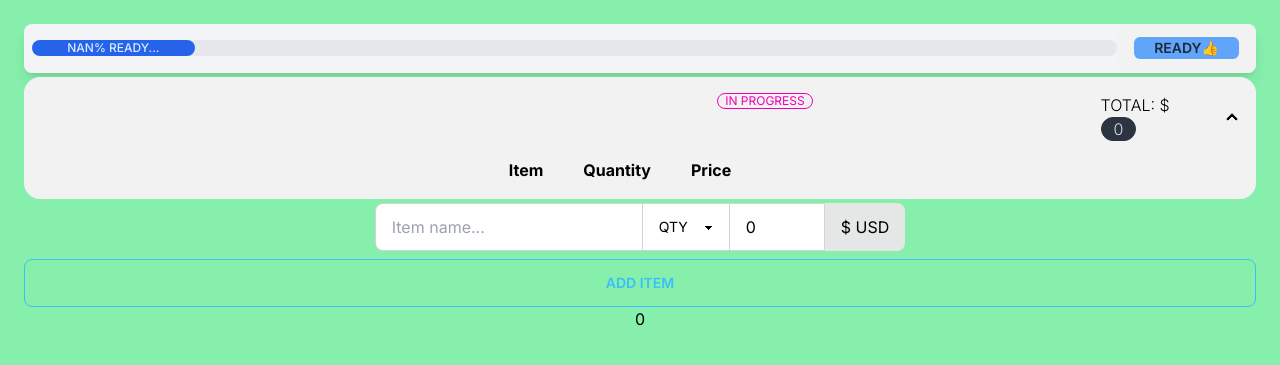
Repository: bitepay/bitepay-xyz
Page: /table
These files come from the project's save history. The page is drawn as it stood at one moment and after the next save; the edit follows.
The browser window is 1280 px wide. The pictures show the whole page.
The page's requests for data from a server got no answer. The project was rebuilt for these pictures with package versions that can differ from the ones it lists, and the page was loaded fresh each time. The framework's server and built-in components were replaced by stand-ins that run in the browser. No one was signed in, and anything a server would have sent is missing. Also part of the build but not shown: next.config.js.

Above is the page before, as saved 2023-06-27 08:25:34.

After the next save:
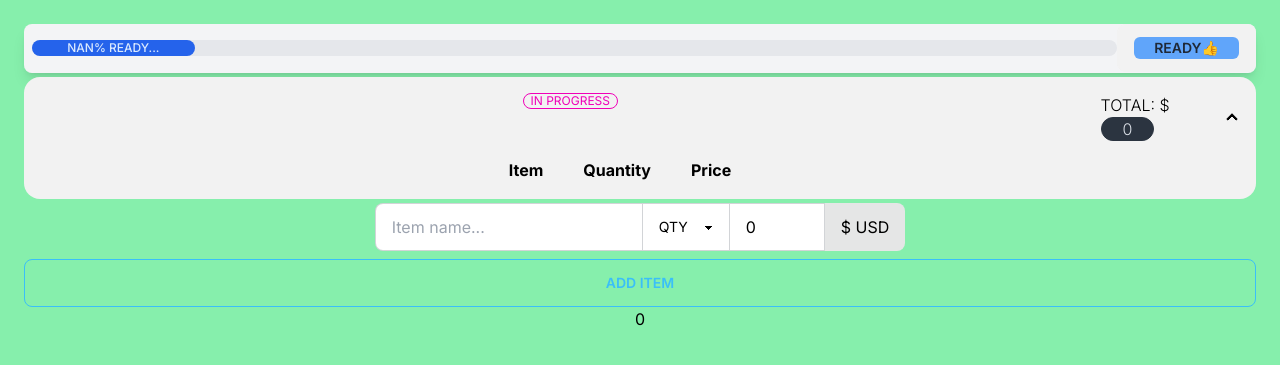
Saved 36 s later.
--- a/src/components/UserBill.jsx
+++ b/src/components/UserBill.jsx
@@ -20,7 +20,7 @@ export const UserBill = ({ user, handleUserDelete }) => {
       <div className="collapse-title">
         {/* This is where we need to render name, status, and total */}
         <div className="flex justify-between">
-          <div className="font-medium w-1/3">
+          <div className="font-medium">
             {user.username}
           </div>
           <div className={`badge badge-sm ${user.status === 'READY' ? 'badge-accent' : 'badge-secondary badge-outline'}`}>
@@ -28,7 +28,7 @@ export const UserBill = ({ user, handleUserDelete }) => {
           </div>
           <div className="font-light">
             TOTAL{': $ '}
-            <div className={`badge badge-lg w-1/3 ${user.status === 'READY' ? 'badge-primary' : 'badge-neutral'}`}>
+            <div className={`badge badge-lg w-1/2 ${user.status === 'READY' ? 'badge-primary' : 'badge-neutral'}`}>
               {user.total}
             </div>
           </div>
